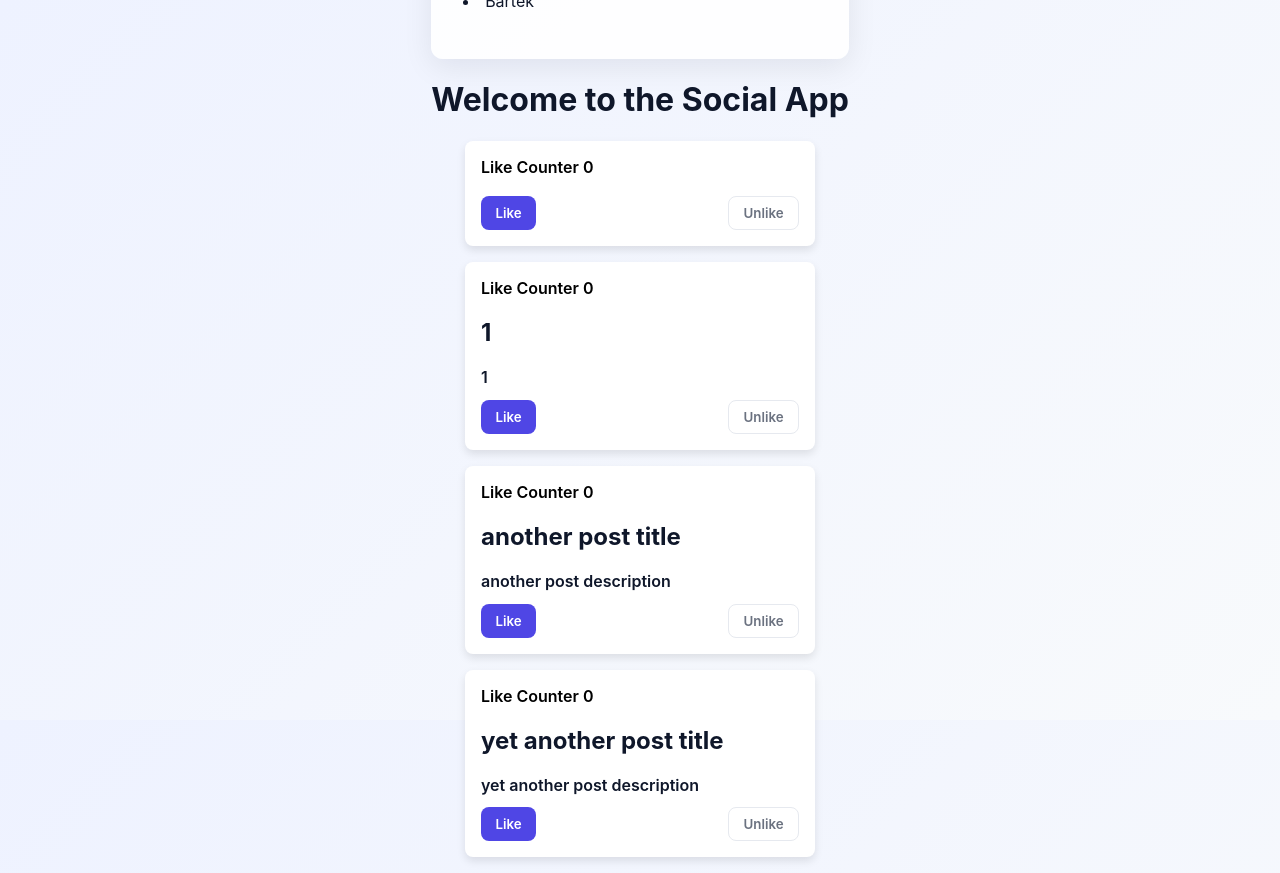
Repository: KrystianTrzy/reactapt
Page: /
The author's editor kept a copy of each file at every save. The page is drawn from the files as they stood at one save, then again after a run of saves.
The browser window is 1280 px wide. The pictures show the whole page.
The project was rebuilt for these pictures with package versions that can differ from the ones it lists, and the page was loaded fresh each time.

Above is the page before, as saved 2025-11-22 09:33:08.

After the next 3 saves:
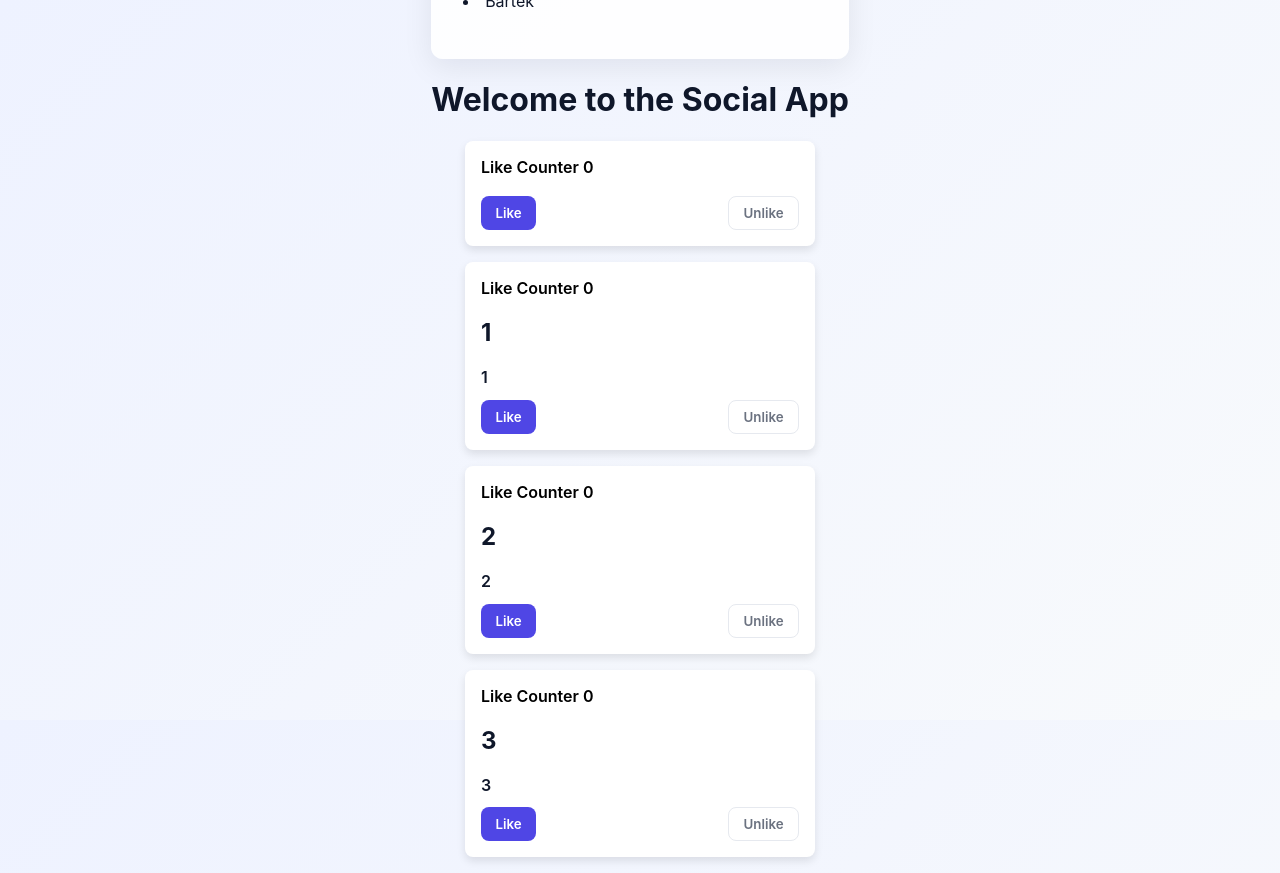
The 3 saves are shown as one change because they came seconds apart.
The last was saved 9 s later.
--- a/src/index.js
+++ b/src/index.js
@@ -17,13 +17,13 @@ root.render(
       />
 
       <LikeCounter
-        title="another post title"
-        description="another post description"
+        title="2"
+        description="2"
       />
 
       <LikeCounter
-        title="yet another post title"
-        description="yet another post description"
+        title="3"
+        description="3"
       />
     </div>
   </React.StrictMode>
